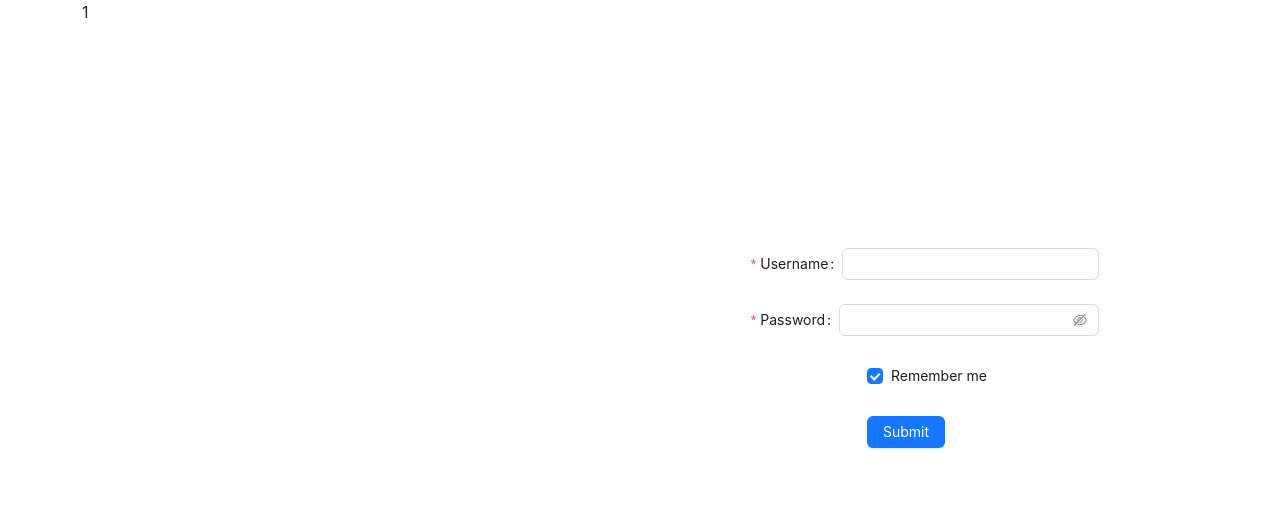
Repository: di-huynh-dev/kanban-inventory-management
Page: /
An editor plug-in stored every save of this project. The page is shown before and after the next save, followed by the edit.
The browser window is 1280 px wide. The pictures show the whole page.
The project was rebuilt for these pictures with package versions that can differ from the ones it lists, and the page was loaded fresh each time. Also part of the build but not shown: src/App.css, src/pages/auth/SignUp.tsx, src/routers/MainRouter.tsx.

Above is the page before, as saved 2024-09-07 11:47:29.

After the next save:
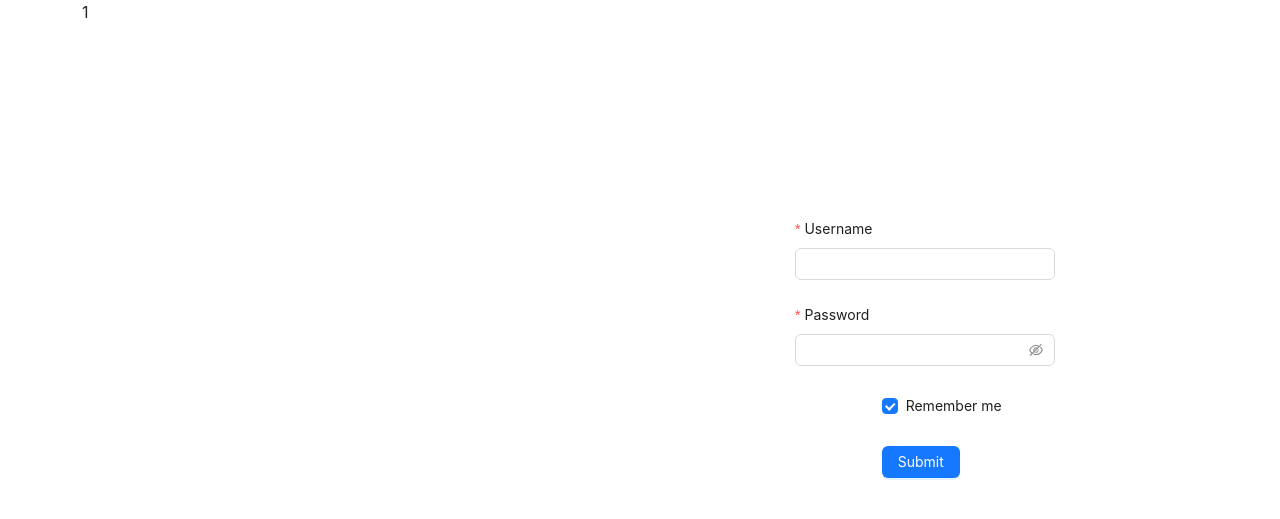
Saved 108 s later.
--- a/src/pages/auth/Login.tsx
+++ b/src/pages/auth/Login.tsx
@@ -16,7 +16,13 @@ const LoginPage = () => {
     console.log('Failed:', errorInfo)
   }
   return (
-    <Form initialValues={{ remember: true }} onFinish={onFinish} onFinishFailed={onFinishFailed} autoComplete="off">
+    <Form
+      layout="vertical"
+      initialValues={{ remember: true }}
+      onFinish={onFinish}
+      onFinishFailed={onFinishFailed}
+      autoComplete="off"
+    >
       <Form.Item<FieldType>
         label="Username"
         name="username"
